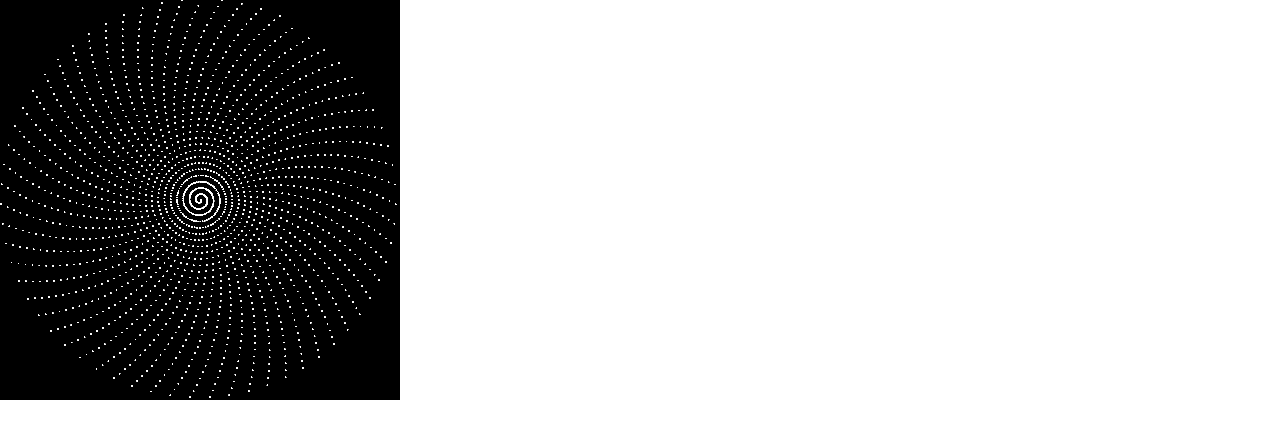
Repository: patriciqa/GenComp
Page: content/day03/clock/index.html
An editor plug-in stored every save of this project. The page is shown before and after the next save, followed by the edit.
The browser window is 1280 px wide. The pictures show the whole page.

Above is the page before, as saved 2021-10-01 10:40:39.

After the next save:
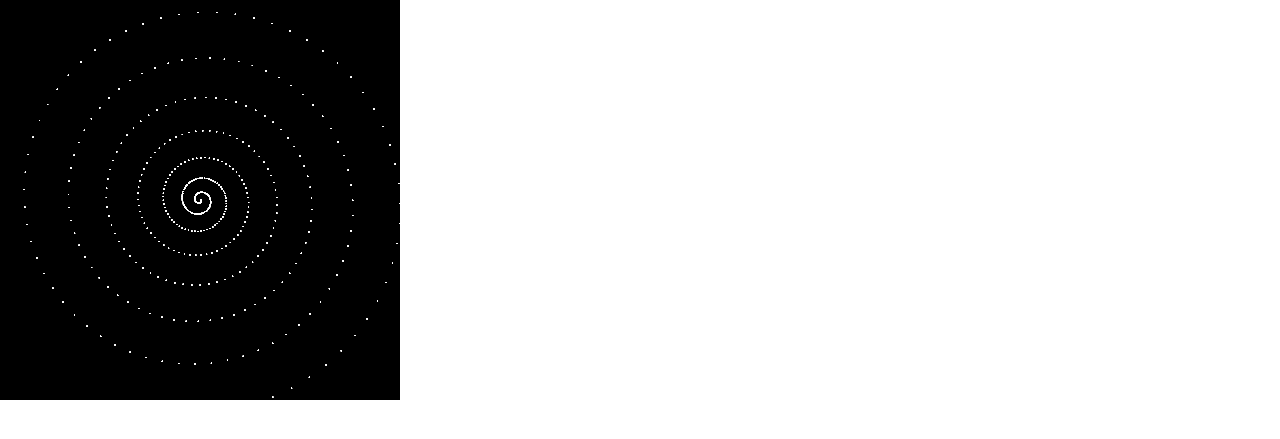
Saved 24 s later.
--- a/content/day03/clock/sketch.js
+++ b/content/day03/clock/sketch.js
@@ -5,13 +5,14 @@ function setup() {
 
 
 function draw() {
-  spiraleArchimedsch(1, 1, 2000);
+  spiraleLogarithmic(1, 1, 460);
 }
 
-function spiraleArchimedsch(radius, distance, size) {
+function spiraleLogarithmic(radius, distance, size) {
   stroke(255);
   for (i = 0; i < size; i++) {
     angle = 0.1 * i;
+    distance += 0.008;
     let x = 200 + (radius + distance * angle) * Math.cos(angle);
     let y = 200 + (radius + distance * angle) * Math.sin(angle);
     point(x, y);
